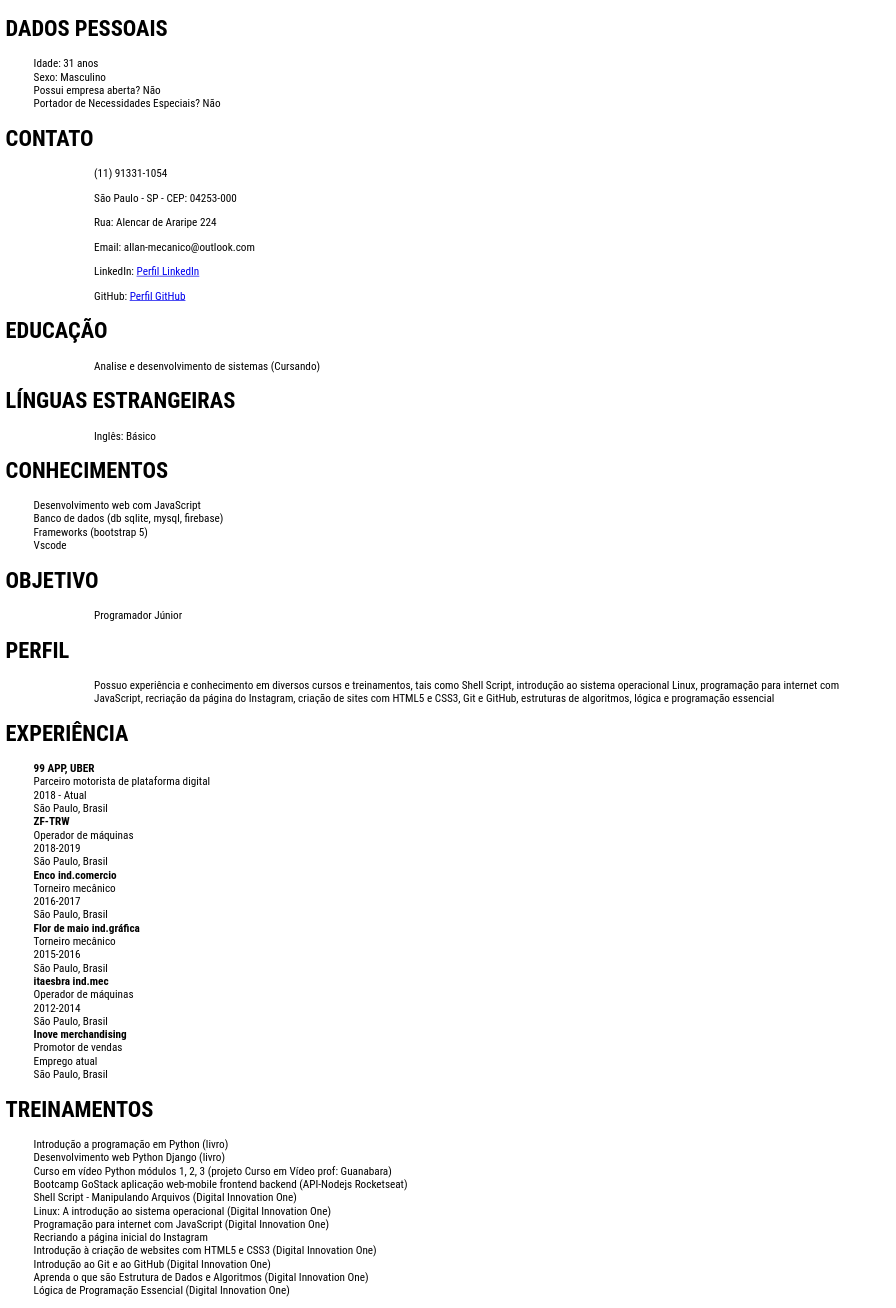
Repository: alfredo-allan/Portfolio
Page: curriculo.html
These files come from the project's save history. The page is drawn as it stood at one moment and after a run of saves; the edit follows.
The browser window is 1280 px wide. The pictures show the whole page, at 70% of full size.

Above is the page before, as saved 2024-03-20 14:47:45.

### curriculo.html
<!DOCTYPE html>
<html lang="pt-br">

<head>
	<meta charset="UTF-8">
	<meta http-equiv="X-UA-Compatible" content="IE=edge">
	<meta name="viewport" content="width=device-width, initial-scale=1.0">
	<link rel="stylesheet" href="./src/assets/styles/curriculo.css" />
	<title>Curriculum Vitae - Alfredo Allan Teixeira Sousa</title>
</head>

<body>
	<h1>DADOS PESSOAIS</h1>
	<ul>
		<li>Idade: 31 anos</li>
		<li>Sexo: Masculino</li>
		<li>Possui empresa aberta? Não</li>
		<li>Portador de Necessidades Especiais? Não</li>
	</ul>

	<h1>CONTATO</h1>
	<p>(11) 91331-1054</p>
	<p>São Paulo - SP - CEP: 04253-000</p>
	<p>Rua: Alencar de Araripe 224</p>
	<p>Email: allan-mecanico@outlook.com</p>
	<p>LinkedIn: <a href="www.linkedin.com/in/alfredo-allan-teixeira-ba2 701149/">Perfil LinkedIn</a></p>
	<p>GitHub: <a href="https://github.com/allan- mecanico/">Perfil GitHub</a></p>

	<h1>EDUCAÇÃO</h1>
	<p>Analise e desenvolvimento de sistemas (Cursando)</p>

	<h1>LÍNGUAS ESTRANGEIRAS</h1>
	<p>Inglês: Básico</p>

	<h1>CONHECIMENTOS</h1>
	<ul>
		<li>Desenvolvimento web com JavaScript</li>
		<li>Banco de dados (db sqlite, mysql, firebase)</li>
		<li>Frameworks (bootstrap 5)</li>
		<li>Vscode</li>
	</ul>

	<h1>OBJETIVO</h1>
	<p>Programador Júnior</p>

	<h1>PERFIL</h1>
	<p>Possuo experiência e conhecimento em diversos cursos e treinamentos, tais como Shell Script, introdução ao sistema
		operacional Linux, programação para internet com JavaScript, recriação da página do Instagram, criação de sites com
		HTML5 e CSS3, Git e GitHub, estruturas de algoritmos, lógica e programação essencial</p>

	<h1>EXPERIÊNCIA</h1>
	<ul>
		<li><strong>99 APP, UBER</strong><br>Parceiro motorista de plataforma digital<br>2018 - Atual<br>São Paulo, Brasil
		</li>
		<li><strong>ZF-TRW</strong><br>Operador de máquinas<br>2018-2019<br>São Paulo, Brasil</li>
		<li><strong>Enco ind.comercio</strong><br>Torneiro mecânico<br>2016-2017<br>São Paulo, Brasil</li>
		<li><strong>Flor de maio ind.gráfica</strong><br>Torneiro mecânico<br>2015-2016<br>São Paulo, Brasil</li>
		<li><strong>itaesbra ind.mec</strong><br>Operador de máquinas<br>2012-2014<br>São Paulo, Brasil</li>
		<li><strong>Inove merchandising</strong><br>Promotor de vendas<br>Emprego atual<br>São Paulo, Brasil</li>
	</ul>

	<h1>TREINAMENTOS</h1>
	<ul>
		<li>Introdução a programação em Python (livro)</li>
		<li>Desenvolvimento web Python Django (livro)</li>
		<li>Curso em vídeo Python módulos 1, 2, 3 (projeto Curso em Vídeo prof: Guanabara)</li>
		<li>Bootcamp GoStack aplicação web-mobile frontend backend (API-Nodejs Rocketseat)</li>
		<li>Shell Script - Manipulando Arquivos (Digital Innovation One)</li>
		<li>Linux: A introdução ao sistema operacional (Digital Innovation One)</li>
		<li>Programação para internet com JavaScript (Digital Innovation One)</li>
		<li>Recriando a página inicial do Instagram</li>
		<li>Introdução à criação de websites com HTML5 e CSS3 (Digital Innovation One)</li>
		<li>Introdução ao Git e ao GitHub (Digital Innovation One)</li>
		<li>Aprenda o que são Estrutura de Dados e Algoritmos (Digital Innovation One)</li>
		<li>Lógica de Programação Essencial (Digital Innovation One)</li>
	</ul>
</body>

</html

### src/assets/styles/curriculo.css
:root {
	--roboto-condensed: "Roboto Condensed", sans-serif;
}

body {
	font-family: var(--roboto-condensed);
}

li {
	list-style: none;
}

p {
	margin-left: 10%;
}

After the next 2 saves:
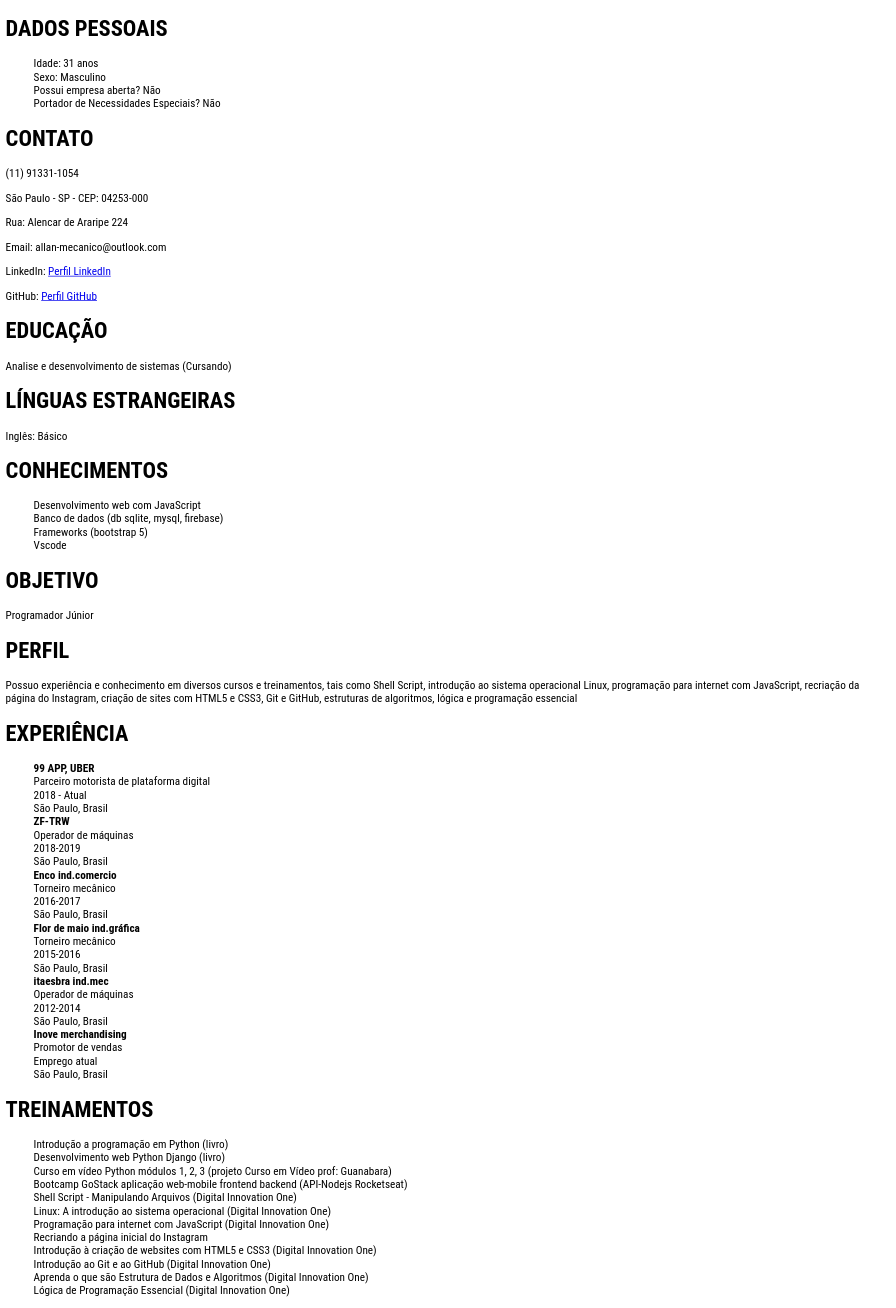
The 2 saves are shown as one change because they came seconds apart.
The last was saved 23 s later.
--- a/src/assets/styles/curriculo.css
+++ b/src/assets/styles/curriculo.css
@@ -9,7 +9,3 @@ body {
 li {
 	list-style: none;
 }
-
-p {
-	margin-left: 10%;
-}
